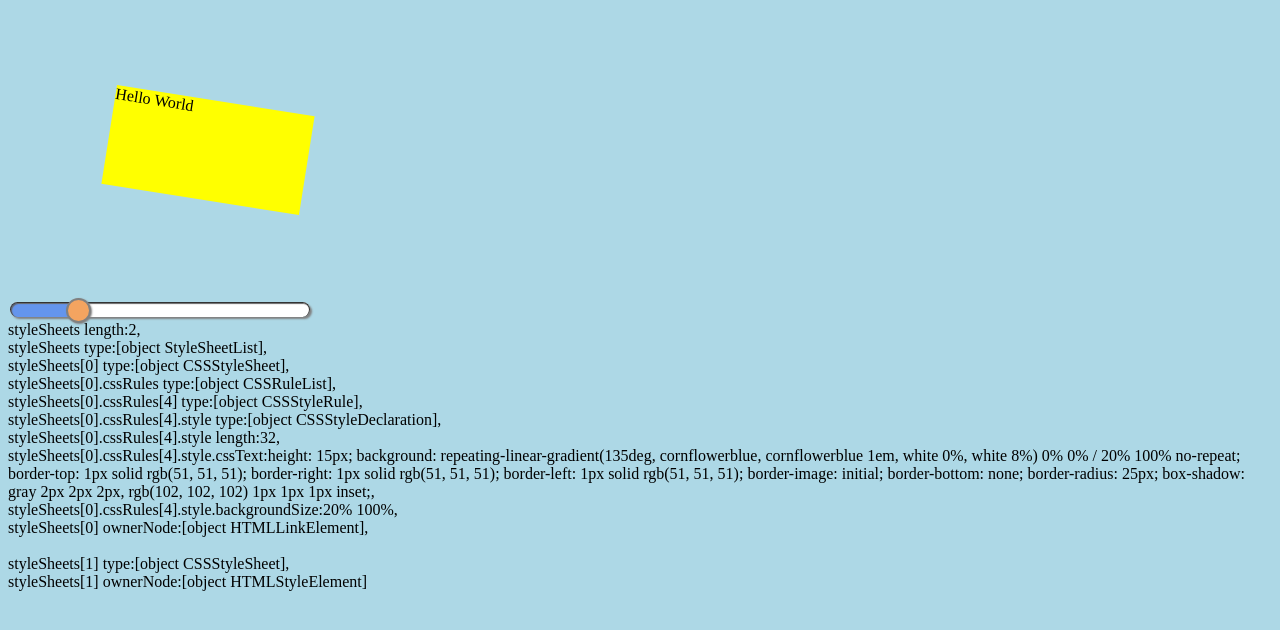
Repository: Jhin7782/HBuilder-Projects
Page: 【CSS】/动画/2d/transform/get-styleSheet.cssRules[i].style.html
An editor plug-in stored every save of this project. The page is shown before and after the next save, followed by the edit.
The browser window is 1280 px wide. The pictures show the whole page.

Above is the page before, as saved 2017-06-13 15:22:06.

After the next save:
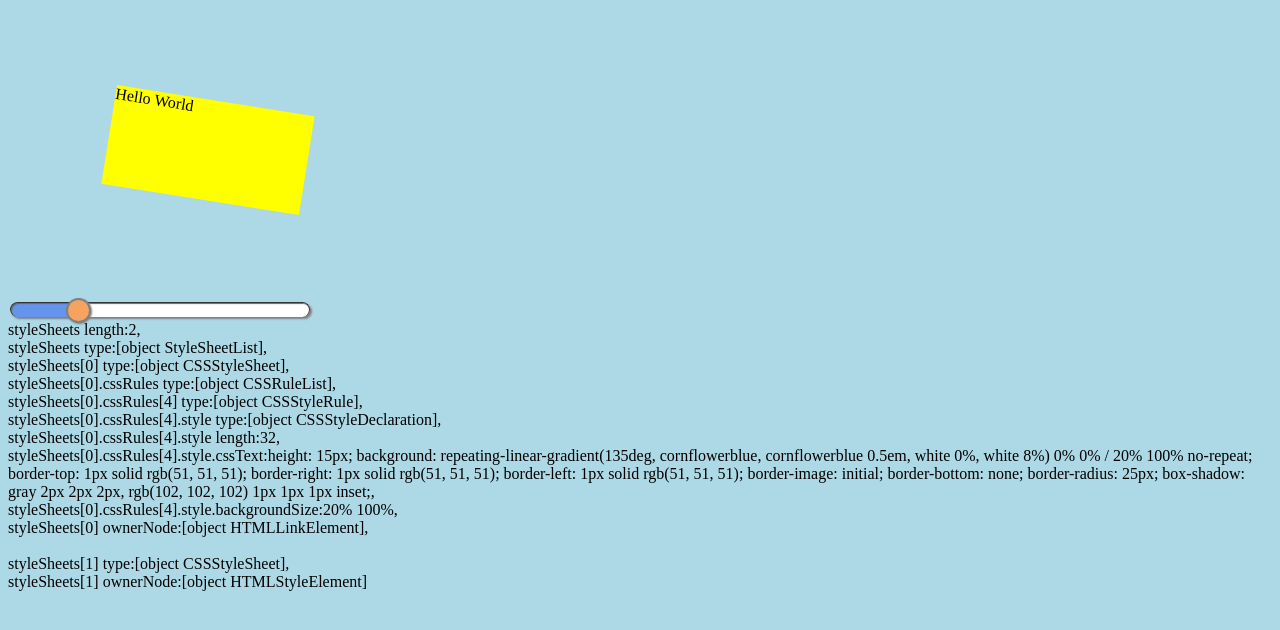
Saved 7 s later.
--- a/【CSS】/动画/2d/transform/css/input-range.css
+++ b/【CSS】/动画/2d/transform/css/input-range.css
@@ -33,7 +33,7 @@ input[type=range]::-webkit-slider-thumb {
 
 input[type=range]::-webkit-slider-runnable-track {
 	height: 15px;
-	background: repeating-linear-gradient(135deg, cornflowerblue, cornflowerblue 1em, white 0%, white 8%) no-repeat;
+	background: repeating-linear-gradient(135deg, cornflowerblue, cornflowerblue 0.5em, white 0%, white 8%) no-repeat;
 	background-size: 20% 100%;
 	border: 1px solid #333;
 	border-bottom: none;
